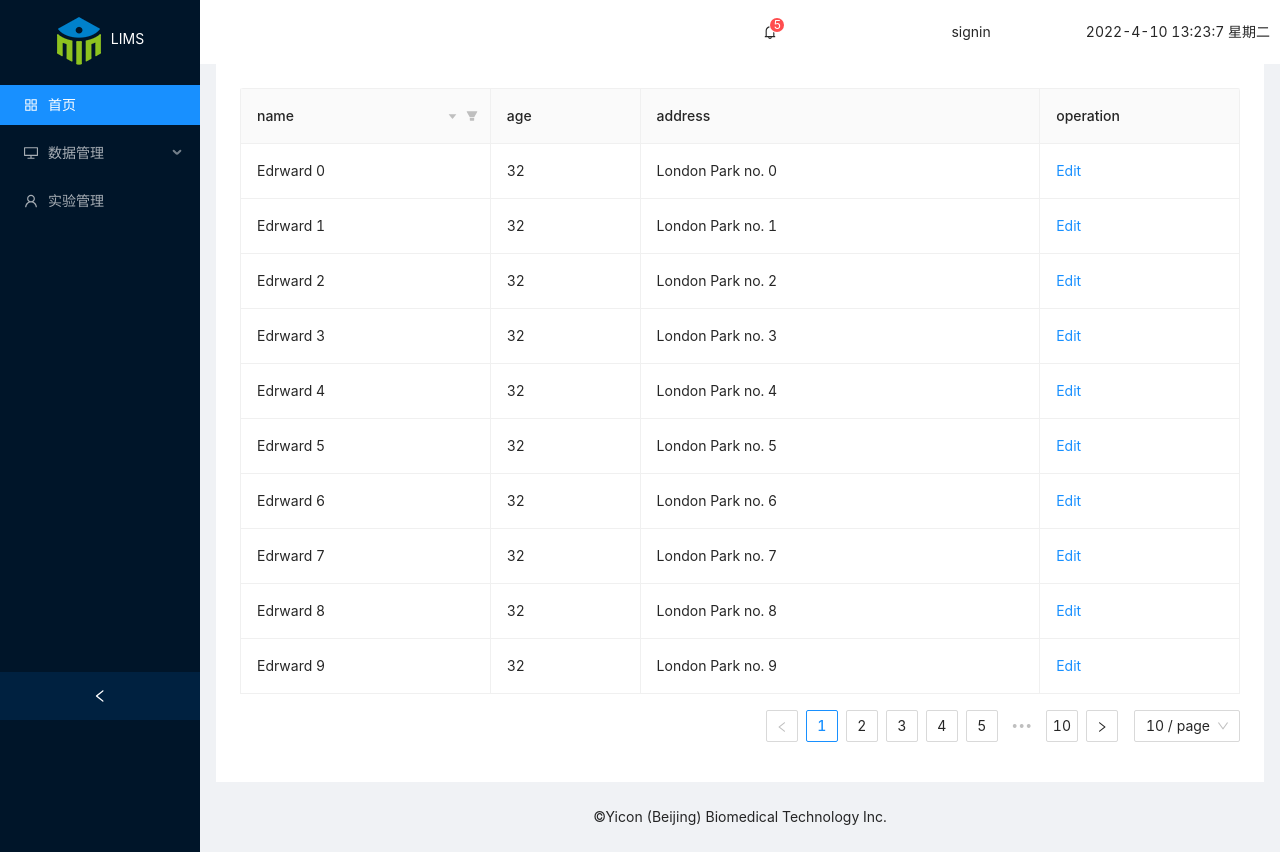
Repository: cornerdream/lims
Page: /sample
The author's editor kept a copy of each file at every save. The page is drawn from the files as they stood at one save, then again after the next save.
The browser window is 1280 px wide. The pictures show the whole page.
The project was rebuilt for these pictures with package versions that can differ from the ones it lists, and the page was loaded fresh each time. Also part of the build but not shown: src/components/core/home.js, src/components/core/signin.js, src/components/core/moreOrder.js, src/components/core/moreSample.js, src/components/core/moreReport.js, src/components/core/moreProject.js, src/components/core/moreResources.js, src/components/views/data.js.

Above is the page before, as saved 2022-05-16 09:33:18.

After the next save:
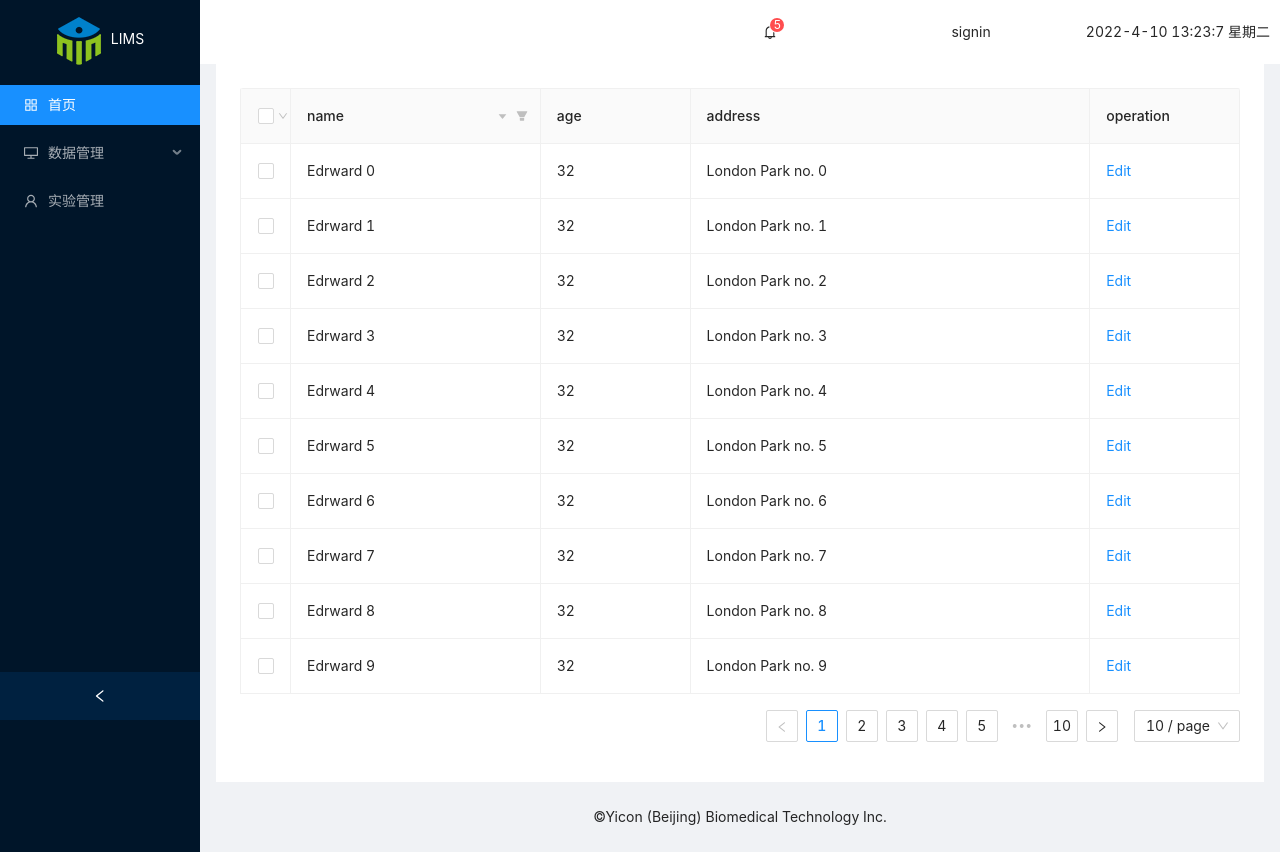
Saved 4 min 32 s later.
--- a/src/components/core/table.js
+++ b/src/components/core/table.js
@@ -170,9 +170,52 @@ for (let i = 0; i < 100; i++) {
     const [form] = Form.useForm();
     const [data, setData] = useState(originData);
     const [editingKey, setEditingKey] = useState('');
-
+    const [selectedRowKeys,setSelectedRowKeys] = useState([])
     const isEditing = (record) => record.key === editingKey;
-
+    const onSelectChange = selectedRowKeys => {
+        console.log('selectedRowKeys changed: ', selectedRowKeys);
+        setSelectedRowKeys({ selectedRowKeys });
+    };
+    const onChange=(pagination, filters, sorter, extra) =>{
+        console.log('params', pagination, filters, sorter, extra);
+    }
+    const rowSelection = {
+        selectedRowKeys,
+        onChange: onSelectChange,
+        selections: [
+        Table.SELECTION_ALL,
+        Table.SELECTION_INVERT,
+        Table.SELECTION_NONE,
+        {
+            key: 'odd',
+            text: 'Select Odd Row',
+            onSelect: changableRowKeys => {
+            let newSelectedRowKeys = [];
+            newSelectedRowKeys = changableRowKeys.filter((key, index) => {
+                if (index % 2 !== 0) {
+                return false;
+                }
+                return true;
+            });
+            setSelectedRowKeys({ selectedRowKeys: newSelectedRowKeys });
+            },
+        },
+        {
+            key: 'even',
+            text: 'Select Even Row',
+            onSelect: changableRowKeys => {
+            let newSelectedRowKeys = [];
+            newSelectedRowKeys = changableRowKeys.filter((key, index) => {
+                if (index % 2 !== 0) {
+                return true;
+                }
+                return false;
+            });
+            setSelectedRowKeys({ selectedRowKeys: newSelectedRowKeys });
+            },
+        },
+        ],
+    };
     const edit = (record) => {
       form.setFieldsValue({
         name: '',
@@ -303,6 +346,7 @@ for (let i = 0; i < 100; i++) {
     return (
       <Form form={form} component={false}>
         <Table
+          rowSelection={rowSelection}
           components={{
             body: {
               cell: EditableCell,
@@ -315,6 +359,7 @@ for (let i = 0; i < 100; i++) {
           pagination={{
             onChange: cancel,
           }}
+          onChange={onChange}
         />
       </Form>
     );
